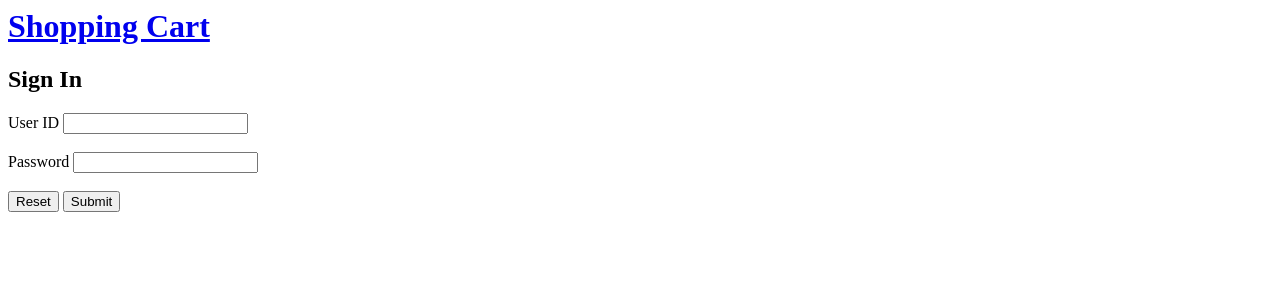
Repository: AravindMarshall/ShoppingCart
Page: http://localhost/Phineas/Login.jsp
An editor plug-in stored every save of this project. The page is shown before and after the next save, followed by the edit.
The browser window is 1280 px wide. The pictures show the whole page.
The page is served by Tomcat 9.

Above is the page before, as saved 2016-06-09 10:22:42.

After the next save:
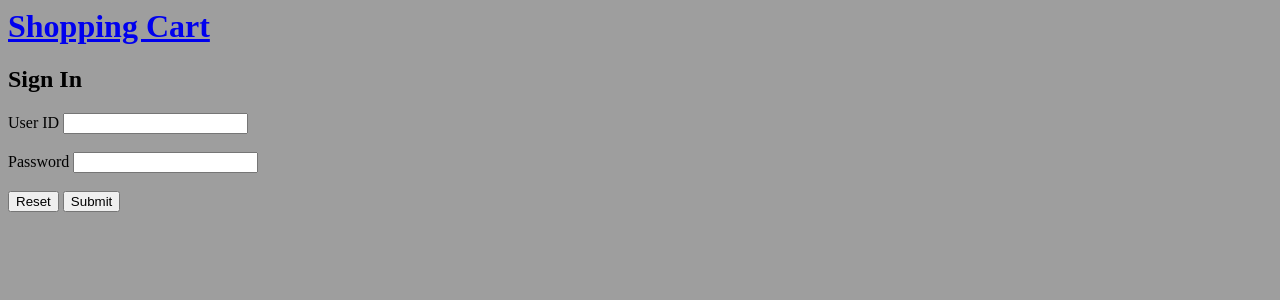
Saved 9 min 46 s later.
--- a/NIIT Shopping Cart/Phineas/WebContent/Login.jsp
+++ b/NIIT Shopping Cart/Phineas/WebContent/Login.jsp
@@ -6,7 +6,7 @@
 <title>ShoppingCart Login</title>
 </head>
 <body>
-
+<body background="F:\Sample Car pictures\Background Car.jpeg">
 <form role="form">
 <div class="container">
 <div class="jumbotron">
